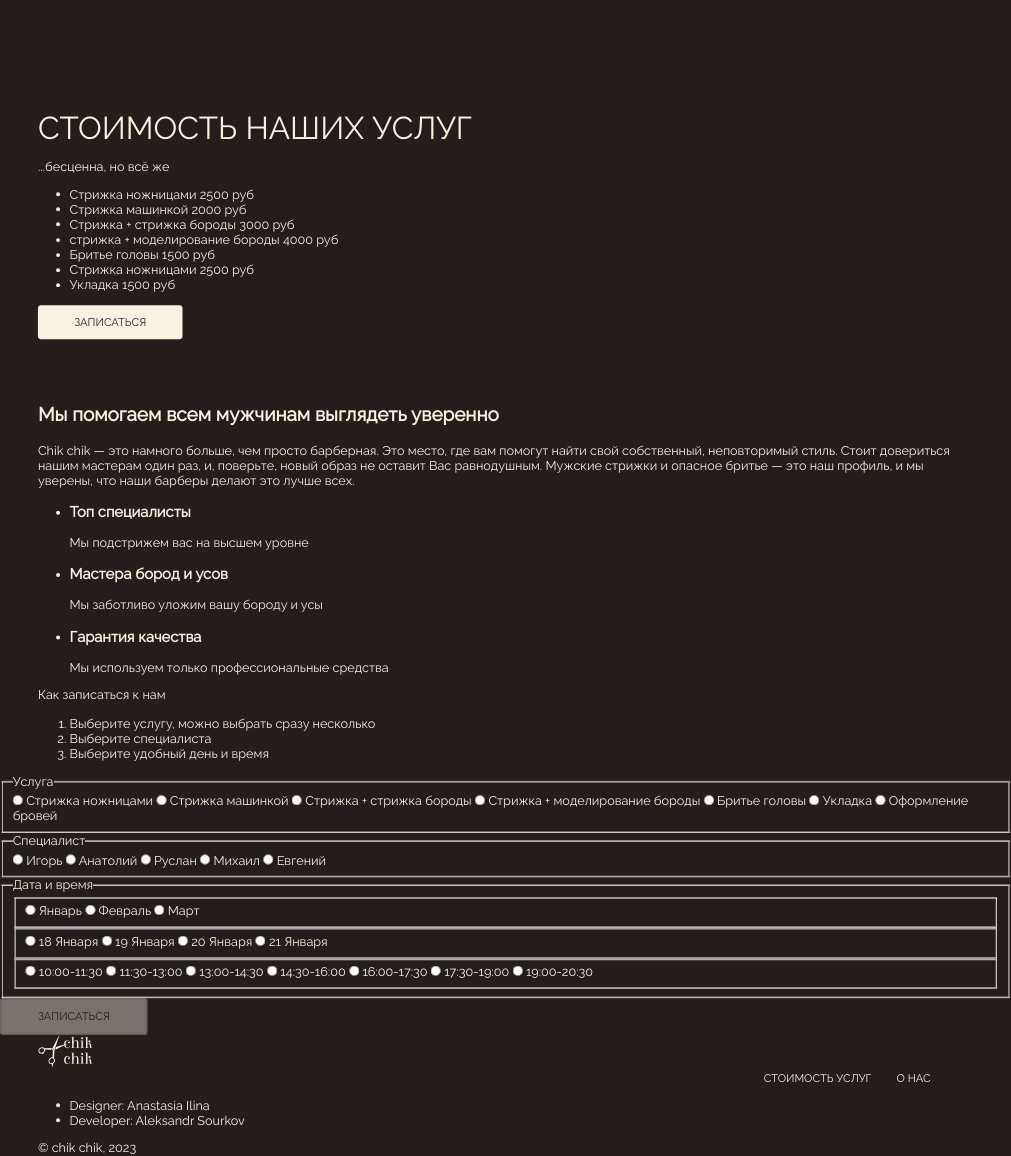
Repository: alexboagreek/chick-chick
Page: index.html
An editor plug-in stored every save of this project. The page is shown before and after the next save, followed by the edit.
The browser window is 1280 px wide. The pictures show the part of the page from y = 646 to 2133 px (the page is 2109 px tall before and 2133 px after), at 79% of full size.
A picture or video elsewhere on the page could not be fetched, so the positions and the page height are approximate.

Above is the page before, as saved 2023-01-18 17:22:36.

After the next save:
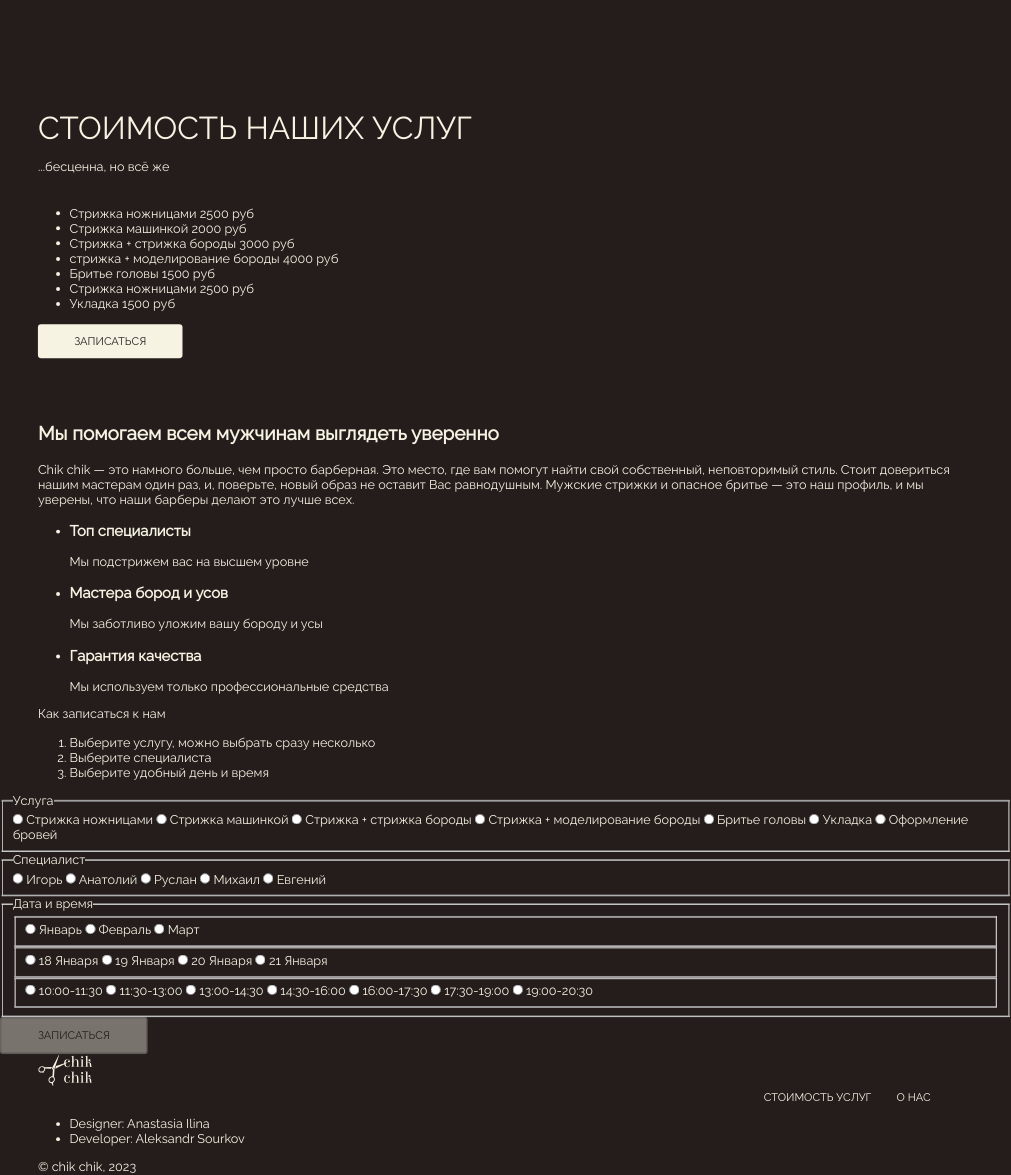
Saved 7 s later.
--- a/styles/price.css
+++ b/styles/price.css
@@ -9,7 +9,9 @@
     margin-bottom: 16px;
 }
 
-.price__tag
+.price__tagline {
+    margin-bottom: 40px;
+}
 
 @media (max-width: 768px) {
     .price {
